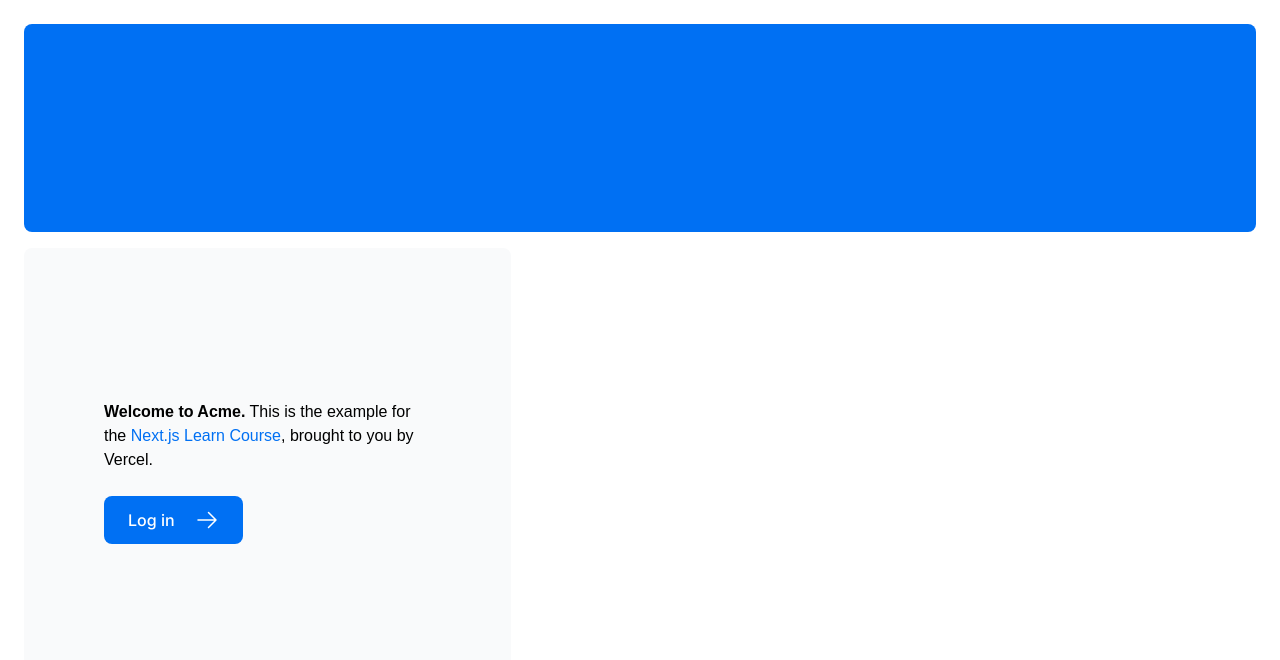
Repository: pdhakal906/nextjs-dashboard
Page: /
These files come from the project's save history. The page is drawn as it stood at one moment and after the next save; the edit follows.
The browser window is 1280 px wide. The pictures show the whole page.
Some web fonts or font styles are not loaded; a fallback is used. The project was rebuilt for these pictures with package versions that can differ from the ones it lists, and the page was loaded fresh each time. The framework's server and built-in components were replaced by stand-ins that run in the browser. Also part of the build but not shown: next.config.ts.

Above is the page before, as saved 2025-02-10 13:55:08.

After the next save:
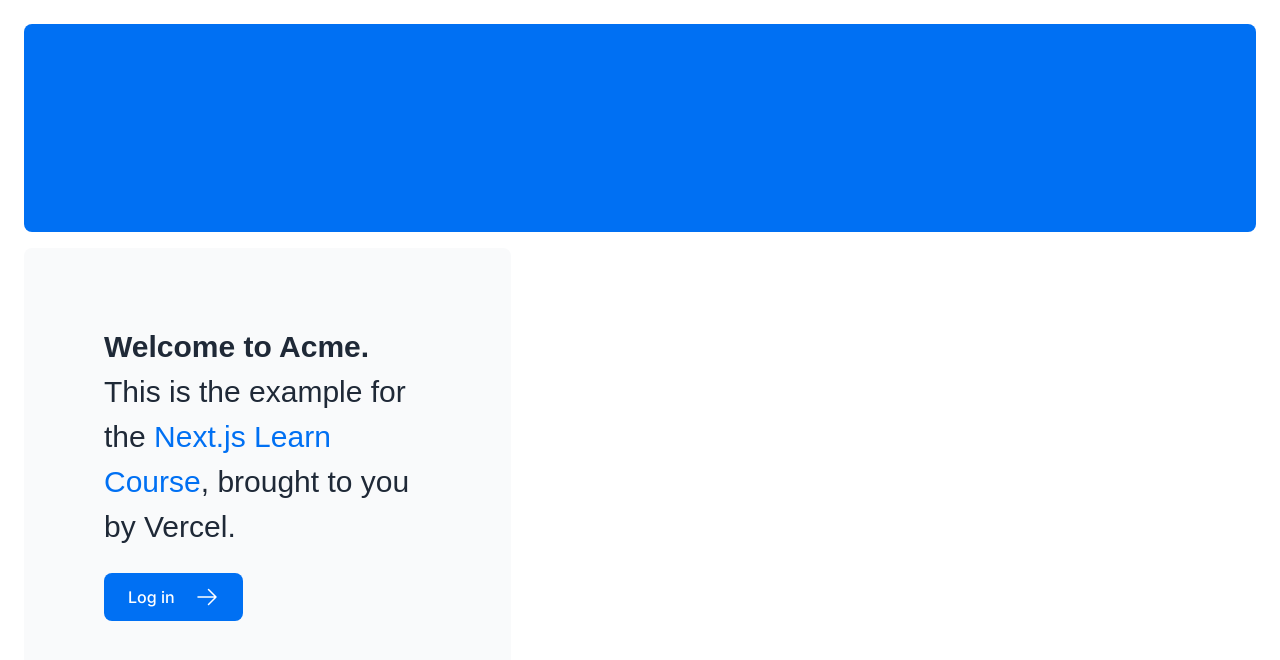
Saved 22 s later.
--- a/app/page.tsx
+++ b/app/page.tsx
@@ -12,7 +12,7 @@
       <div className="mt-4 flex grow flex-col gap-4 md:flex-row">
         <div className="flex flex-col justify-center gap-6 rounded-lg bg-gray-50 px-6 py-10 md:w-2/5 md:px-20">
           {/* <p className={`text-xl text-gray-800 md:text-3xl md:leading-normal`}> */}
-          <p className={`${lusitana.className}`}>
+          <p className={`text-xl text-gray-800 md:text-3xl md:leading-normal ${lusitana.className}`}>
             <strong>Welcome to Acme.</strong> This is the example for the{' '}
             <a href="https://nextjs.org/learn/" className="text-blue-500">
               Next.js Learn Course
